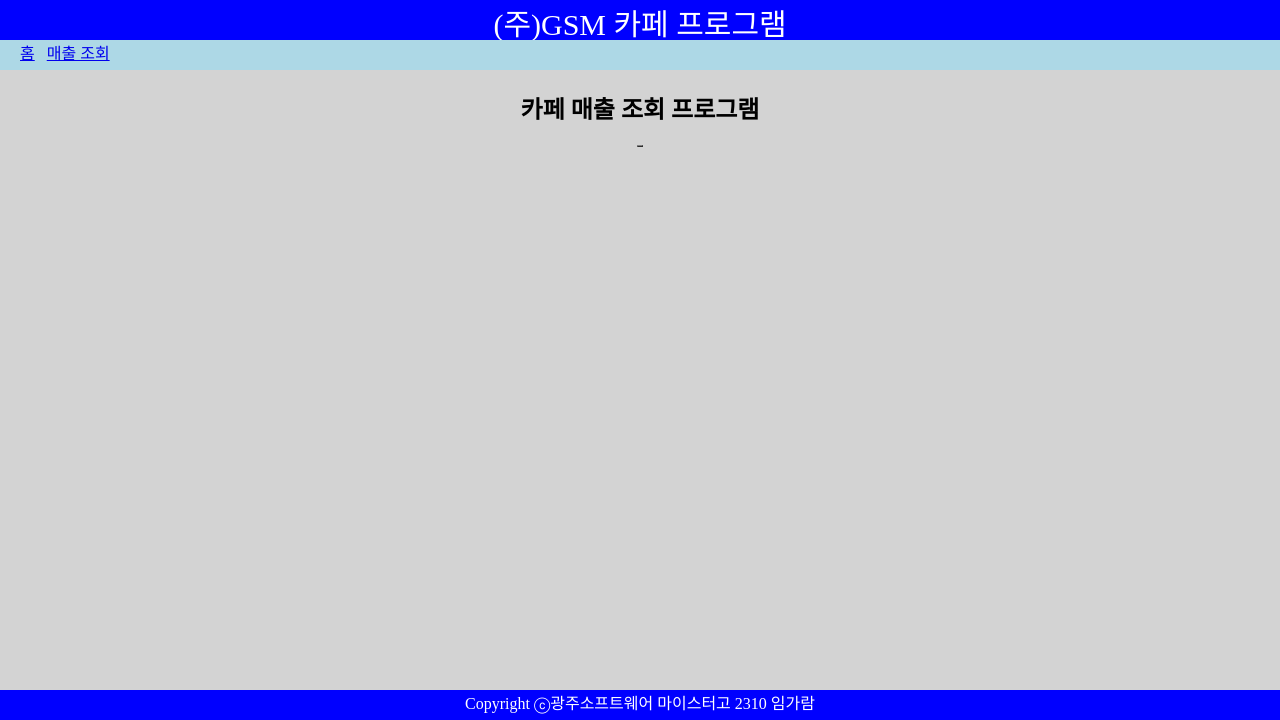
Repository: ImGaram/til
Page: http://localhost/cafe/sales.jsp
An editor plug-in stored every save of this project. The page is shown before and after the next save, followed by the edit.
The browser window is 1280 px wide. The pictures show the whole page.
The page is served by Tomcat 9. Other server files are loaded and not shown.

Above is the page before, as saved 2022-06-29 00:19:05.

### 2학년 jsp(화면구현)/gsm2022/cafe/src/main/webapp/sales.jsp
<%@ page language="java" contentType="text/html; charset=UTF-8"
    pageEncoding="UTF-8"%>
<!DOCTYPE html>
<html>
<head>
<meta charset="UTF-8">
<title>sales</title>
</head>
<body>
<jsp:include page="header.jsp"></jsp:include>
<section style="position:fixed; width:100%; height:100%; top:70px; left:0; background-color: lightgray">
<h2 style="text-align: center">카페 매출 조회 프로그램</h2>
<form name="frm" style="display:flex; justify-content: center; text-align:center;">
<table border="1">
</table>
</form>
</section>
<jsp:include page="footer.jsp"></jsp:include>
</body>
</html>

### 2학년 jsp(화면구현)/gsm2022/cafe/src/main/webapp/header.jsp
<%@ page language="java" contentType="text/html; charset=EUC-KR"
    pageEncoding="UTF-8"%>
<!DOCTYPE html>
<html>
<head>
<meta charset="UTF-8">
<title>header</title>
</head>
<body>
<header style="top:0; left:0; width:100%; height:40px; background-color:blue; color: white; text-align:center; font-size:30px; position:fixed;">
(주)GSM 카페 프로그램
</header>
<nav style="top:40px; left:0; width:100%; height: 30px; background-color:lightblue; padding-left:20px; position:fixed;">
<a href="index.jsp">홈</a> &nbsp;
<a href="sales.jsp">매출 조회</a>
</nav>
</body>
</html>

### 2학년 jsp(화면구현)/gsm2022/cafe/src/main/webapp/footer.jsp
<%@ page language="java" contentType="text/html; charset=EUC-KR"
    pageEncoding="UTF-8"%>
<!DOCTYPE html>
<html>
<head>
<meta charset="UTF-8">
<title>footer</title>
</head>
<body>
<footer style="bottom:0; left:0; position:fixed; background-color:blue; width:100%; height:30px; color:white; text-align:center;">
Copyright ⓒ광주소프트웨어 마이스터고 2310 임가람
</footer>
</body>
</html>

After the next save:
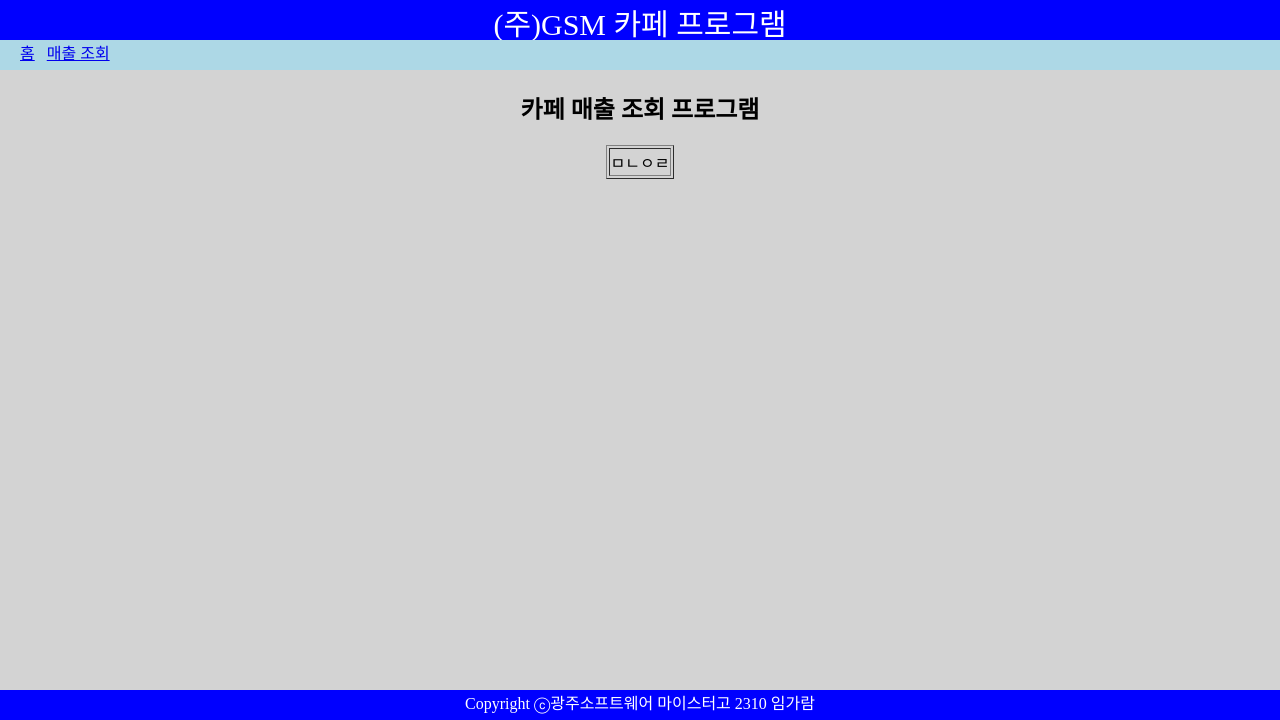
Saved 33 s later.
--- a/2학년 jsp(화면구현)/gsm2022/cafe/src/main/webapp/sales.jsp
+++ b/2학년 jsp(화면구현)/gsm2022/cafe/src/main/webapp/sales.jsp
@@ -12,6 +12,11 @@
 <h2 style="text-align: center">카페 매출 조회 프로그램</h2>
 <form name="frm" style="display:flex; justify-content: center; text-align:center;">
 <table border="1">
+
+<tr>
+<td>ㅁㄴㅇㄹ</td>
+</tr>
+
 </table>
 </form>
 </section>
